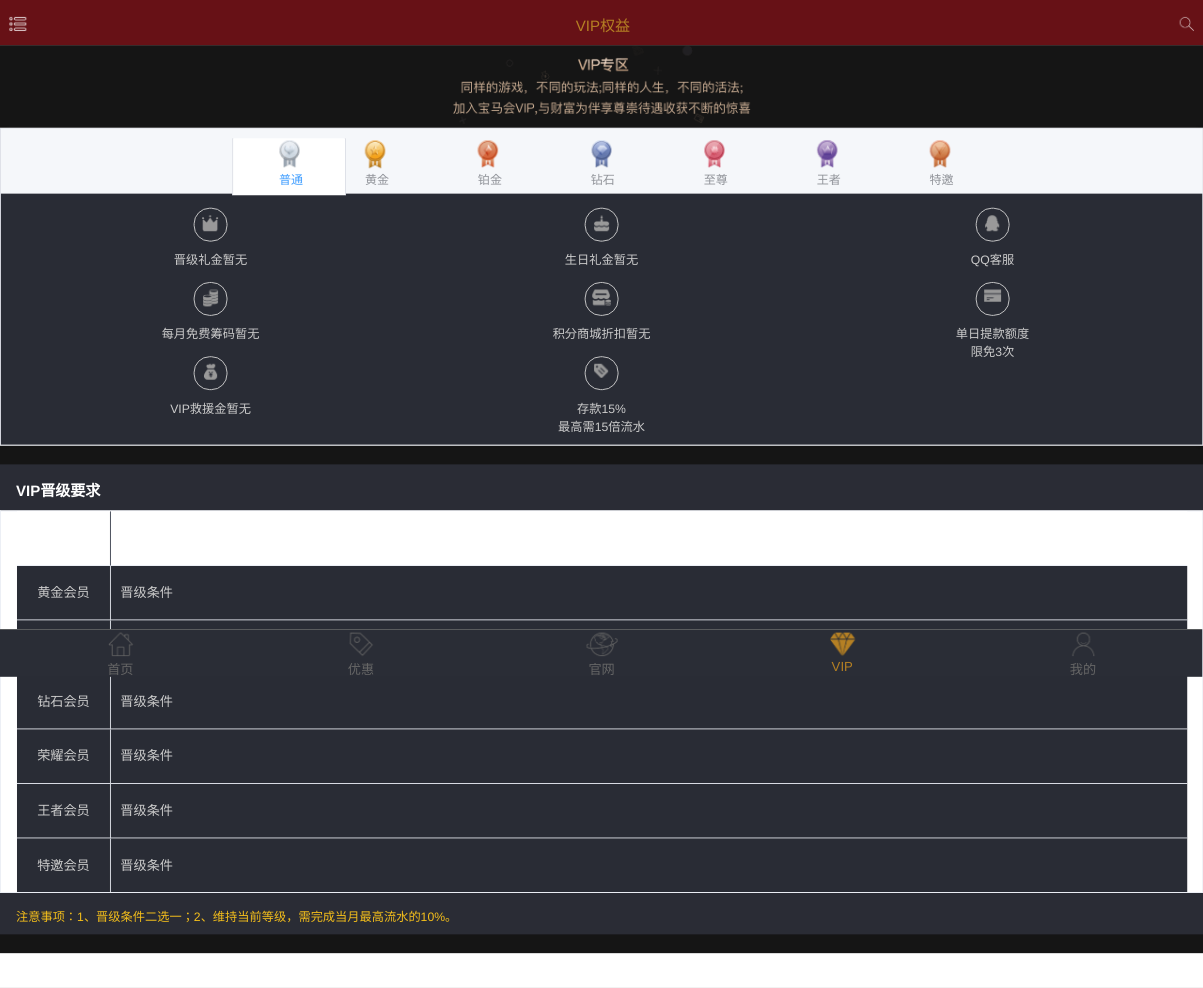
Repository: ada6688/IntegralMall
Page: /Vip
An editor plug-in stored every save of this project. The page is shown before and after the next save, followed by the edit.
The browser window is 1280 px wide. The pictures show the whole page, at 94% of full size.
The project was rebuilt for these pictures with package versions that can differ from the ones it lists, and the page was loaded fresh each time. Also part of the build but not shown: src/components/common/Topnav.vue, src/components/page/notice.vue, src/components/page/MainNav.vue, src/components/page/Member.vue, src/components/page/Youhui.vue, src/router/index.js.

Above is the page before, as saved 2020-01-02 18:38:48.

After the next save:
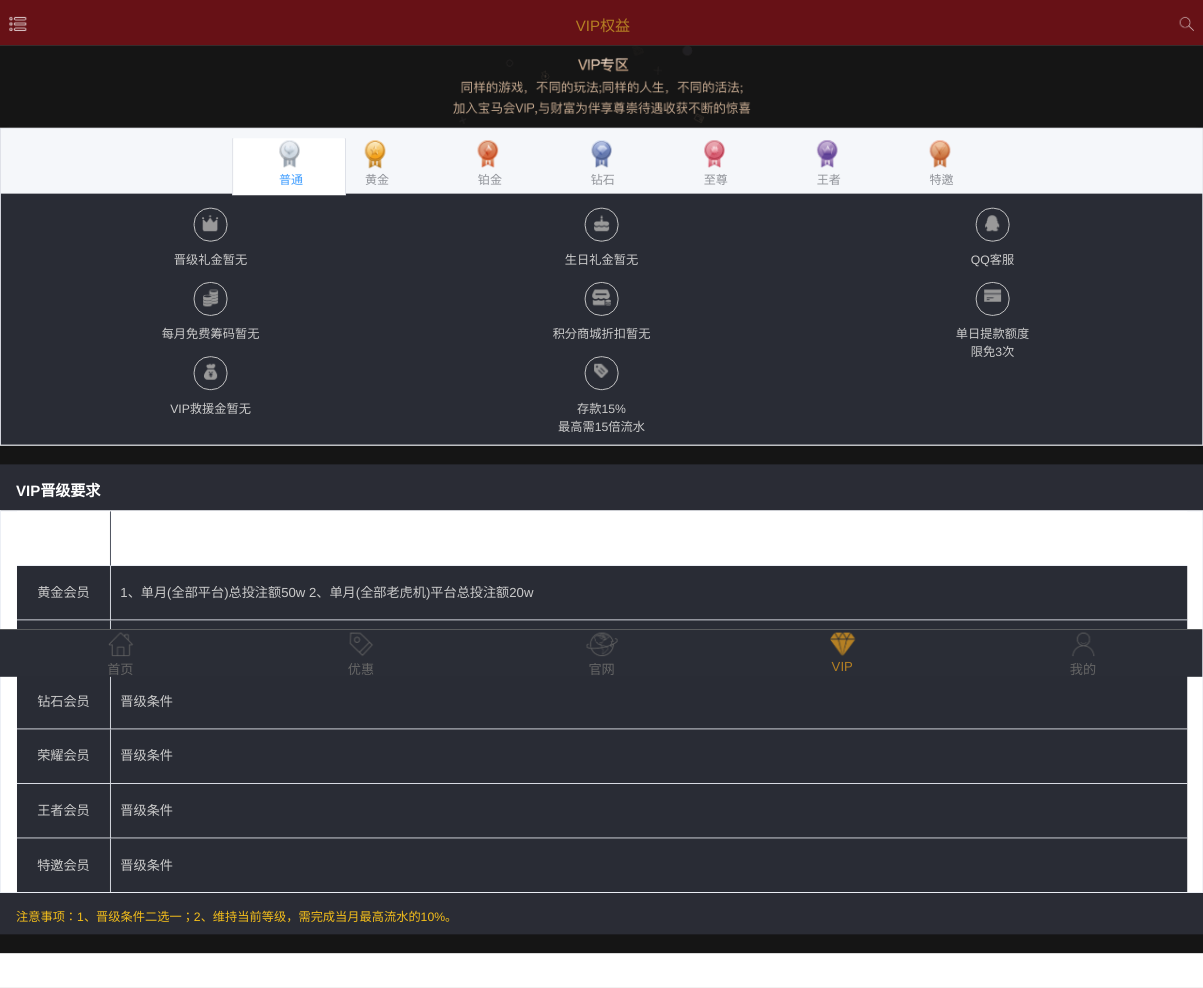
Saved 45 s later.
--- a/src/components/page/Vip.vue
+++ b/src/components/page/Vip.vue
@@ -127,7 +127,7 @@
     return {
       tableData: [{
         level: '黄金会员',
-        detail: '晋级条件'
+        detail: '1、单月(全部平台)总投注额50w 2、单月(全部老虎机)平台总投注额20w'
       }, {
         level: '铂金会员',
         detail: '晋级条件'
